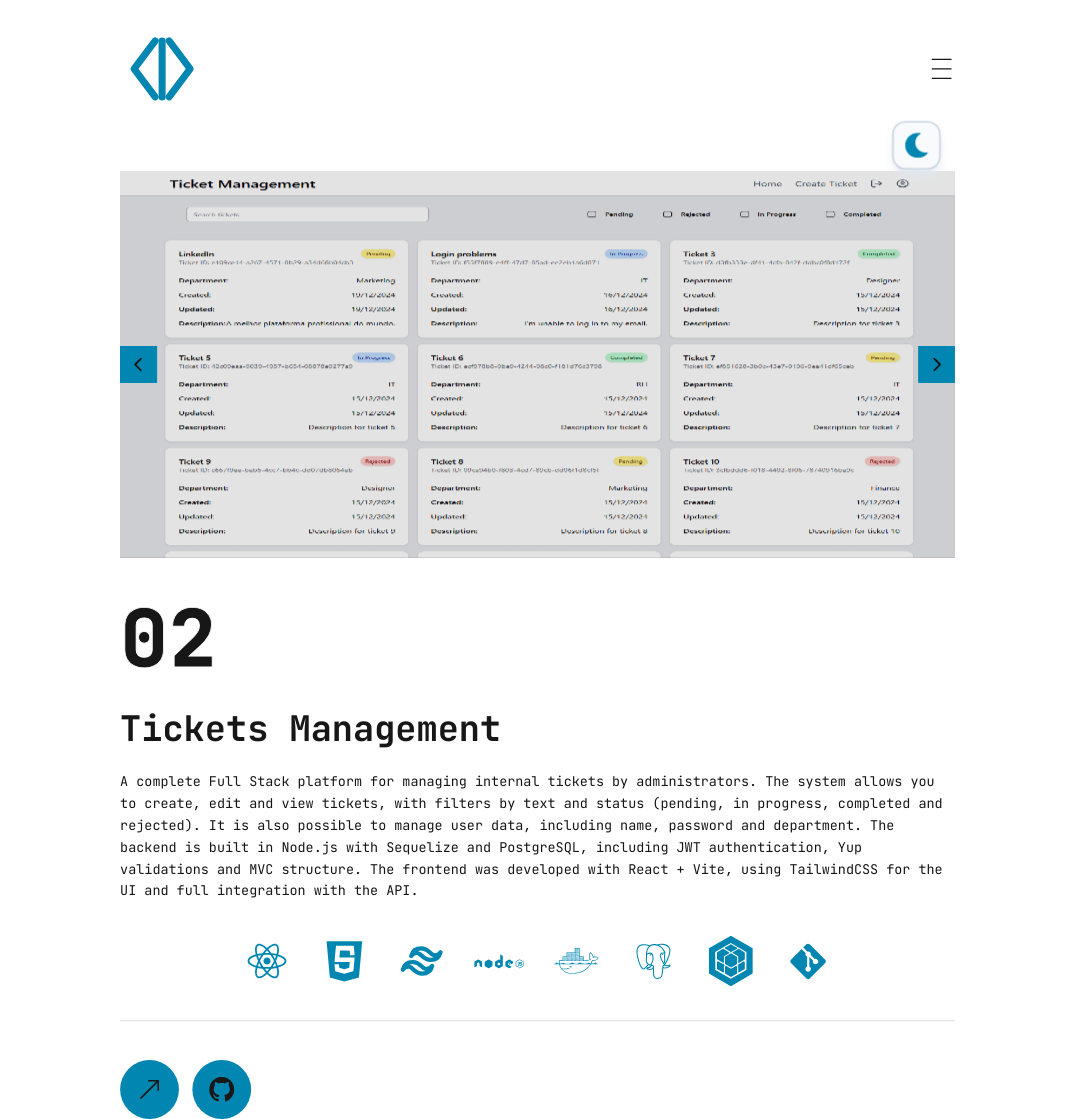
Repository: sergioscker/sergio-portfolio
Page: /work
An editor plug-in stored every save of this project. The page is shown before and after the next save, followed by the edit.
The browser window is 1280 px wide. The pictures show the whole page, at 84% of full size.
The project was rebuilt for these pictures with package versions that can differ from the ones it lists, and the page was loaded fresh each time. The framework's server and built-in components were replaced by stand-ins that run in the browser. Also part of the build but not shown: next.config.mjs.

Above is the page before, as saved 2025-05-19 19:38:08.

After the next save:
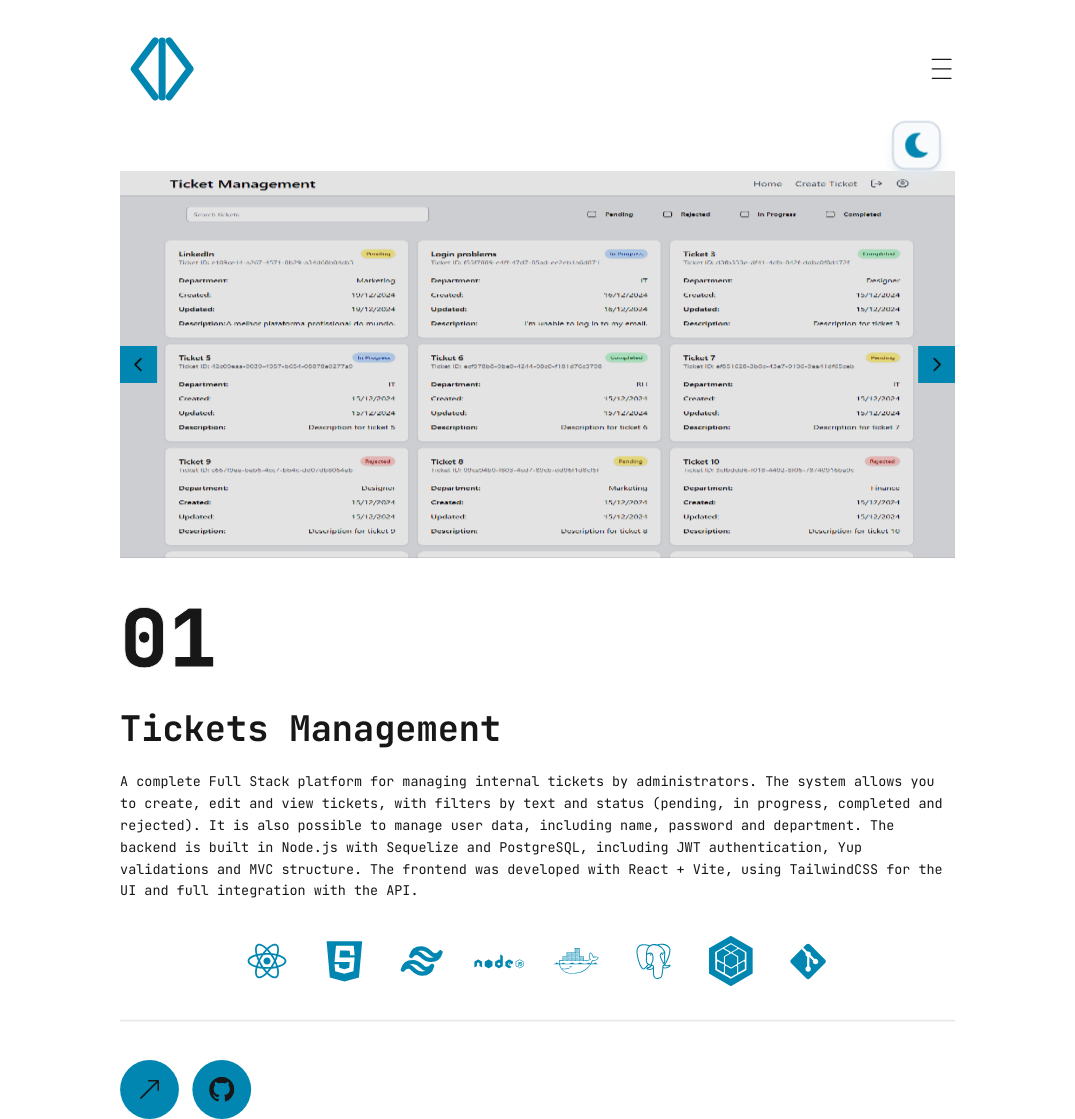
Saved 4 s later.
--- a/app/work/page.jsx
+++ b/app/work/page.jsx
@@ -57,7 +57,7 @@ import WorkSliderBtns from '@/components/WorkSliderBtns';
 const projects = [
 
   {
-    id: '02',
+    id: '01',
     title: 'Tickets Management',
 
     description: `A complete Full Stack platform for managing internal tickets by administrators. The system allows you to create, edit and view tickets, with filters by text and status (pending, in progress, completed and rejected). It is also possible to manage user data, including name, password and department.
